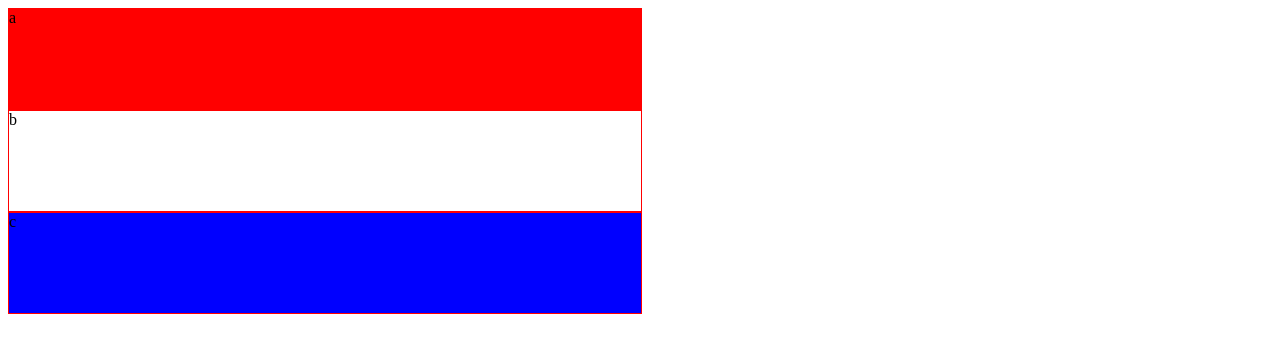
Repository: Nzhe/hehe
Page: real/colorbox/src/main/webapp/NewFile.html
The author's editor kept a copy of each file at every save. The page is drawn from the files as they stood at one save, then again after the next save.
The browser window is 1280 px wide. The pictures show the whole page.

Above is the page before, as saved 2021-09-09 03:00:51.

### real/colorbox/src/main/webapp/NewFile.html
<!DOCTYPE html>
	<html>
		<head>
			<meta charset="UTF-8">
			<meta http-equiv="X-UA-Compatible" content="IE=edge">
    		<meta name="viewport" content="width=device-width, initial-scale=1.0">
   	 		<meta name="keywords" content="여기에 중요한 검색어를 입력합니다." />
			<meta name="description" content="이 사이트를 설멍할 수 있는 간단한 문구를 작성합니다." />
			<title>이 사이트에 가장 중요한 단어를 여기에 입력</title>
			<script src="https://ajax.googleapis.com/ajax/libs/jquery/3.5.1/jquery.min.js"></script>

			<style>
				div{
					width : 50%;
					height : 100px;
					border : 1px solid red;

					}
					#one{
					background : red;
					}
					#two{
					background : hellow;
					}
					#three{
					background : blue;
					}

			</style>

		</head>


	<body>
		<div id="one">a</div>
		<div id="two">b</div>
		<div id="three">c</div>
	</body>
</html>

After the next save:
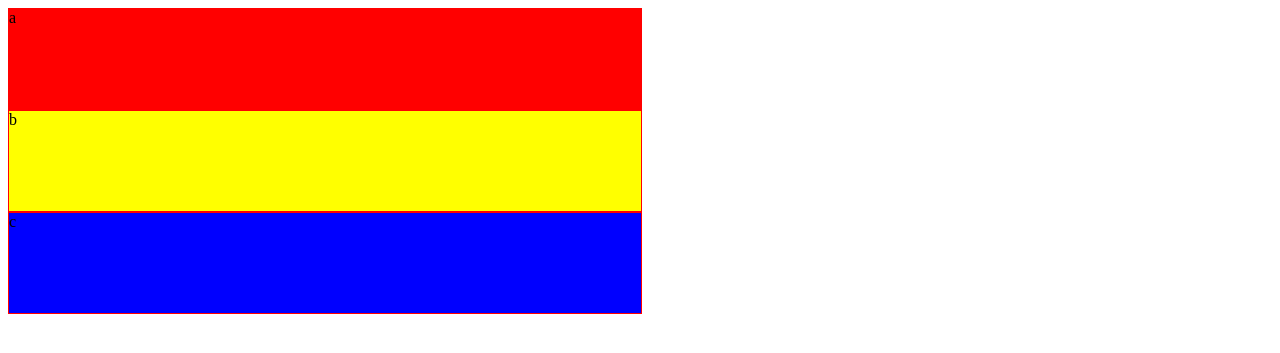
Saved 22 s later.
--- a/real/colorbox/src/main/webapp/NewFile.html
+++ b/real/colorbox/src/main/webapp/NewFile.html
@@ -20,7 +20,7 @@
 					background : red;
 					}
 					#two{
-					background : hellow;
+					background : yellow;
 					}
 					#three{
 					background : blue;
